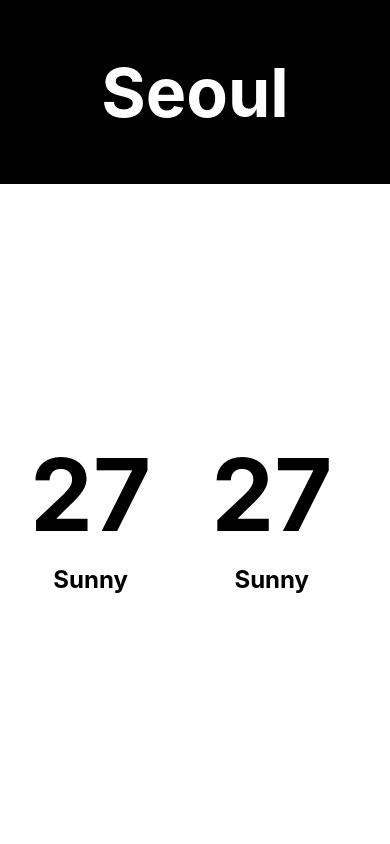
Repository: NewTurn2017/React-Native-Weather-App
Screen: /
The author's editor kept a copy of each file at every save. The screen is drawn from the files as they stood at one save, then again after the next save.
The app was drawn by React Native's web renderer in a window 390 px wide. The project was rebuilt for these pictures with package versions that can differ from the ones it lists, and the page was loaded fresh each time.

Above is the screen before, as saved 2023-04-21 11:50:53.

After the next save:
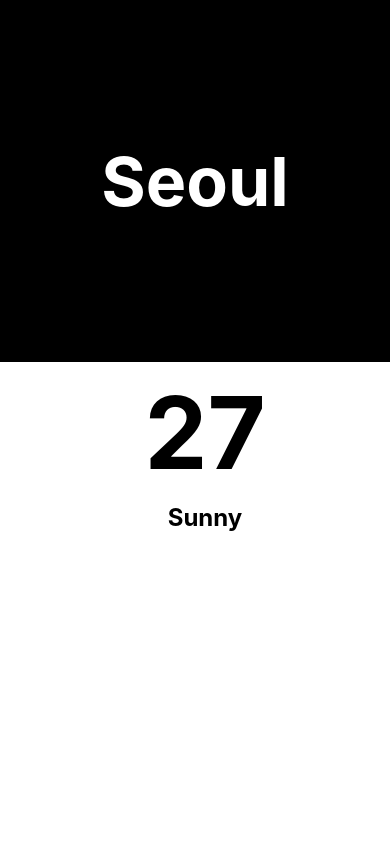
Saved 2 min 8 s later.
--- a/App.js
+++ b/App.js
@@ -1,9 +1,6 @@
 import { StatusBar } from 'expo-status-bar'
 import { View, Text, StyleSheet, ScrollView, Dimensions } from 'react-native'
 const { width: SCREEN_WIDTH } = Dimensions.get('window')
-
-//log the width of the screen
-console.log(SCREEN_WIDTH)
 
 export default function App() {
   return (
@@ -55,12 +52,10 @@ const styles = StyleSheet.create({
     justifyContent: 'center',
   },
   weather: {
-    height: '60%',
     backgroundColor: 'white',
   },
   day: {
-    flexDirection: 'column', // Add this line to stack temp and description vertically
-    justifyContent: 'center',
+    width: SCREEN_WIDTH,
     alignItems: 'center',
     paddingHorizontal: 20,
     margin: 10,
